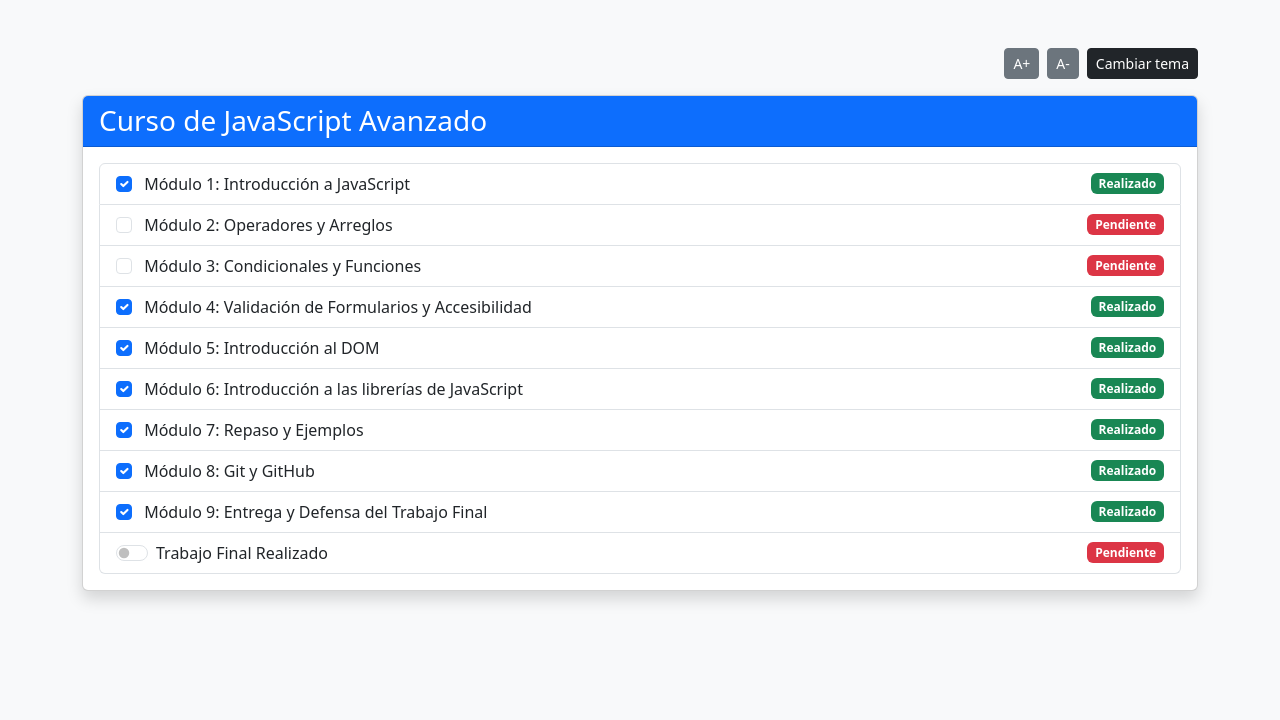
Repository: damyzacarias-web/Checklist
Page: tpfinal.html
An editor plug-in stored every save of this project. The page is shown before and after the next save, followed by the edit.
The browser window is 1280 px wide. The pictures show the whole page.

Above is the page before, as saved 2026-07-03 08:15:27.

After the next save:
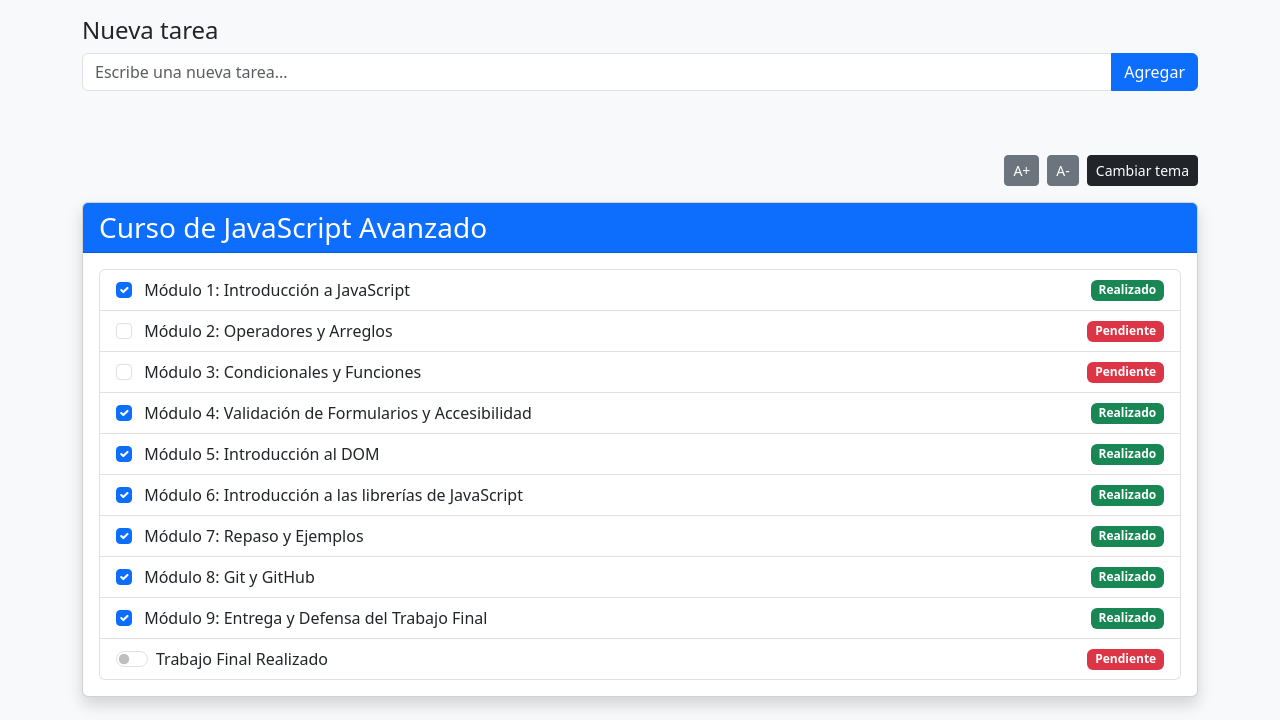
Saved 5 min 28 s later.
--- a/tpfinal.html
+++ b/tpfinal.html
@@ -7,6 +7,31 @@
     <link href="https://cdn.jsdelivr.net/npm/bootstrap@5.3.3/dist/css/bootstrap.min.css" rel="stylesheet">
 </head>
 <body class="bg-light">
+
+    <!--nueva tarea-->
+    <div class="container mt-3 mb-3">
+    <h4>Nueva tarea</h4>
+
+    <div class="input-group">
+        <input
+            type="text"
+            id="nuevaTarea"
+            class="form-control"
+            placeholder="Escribe una nueva tarea...">
+
+        <button
+            class="btn btn-primary"
+            id="btnAgregar">
+            Agregar
+        </button>
+    </div>
+</div>
+
+<ul class="list-group" id="listaTareas">
+
+    <!-- Tus módulos -->
+
+</ul>
 
 <div class="container mt-5">
     <div class="d-flex justify-content-end gap-2 mb-3">
